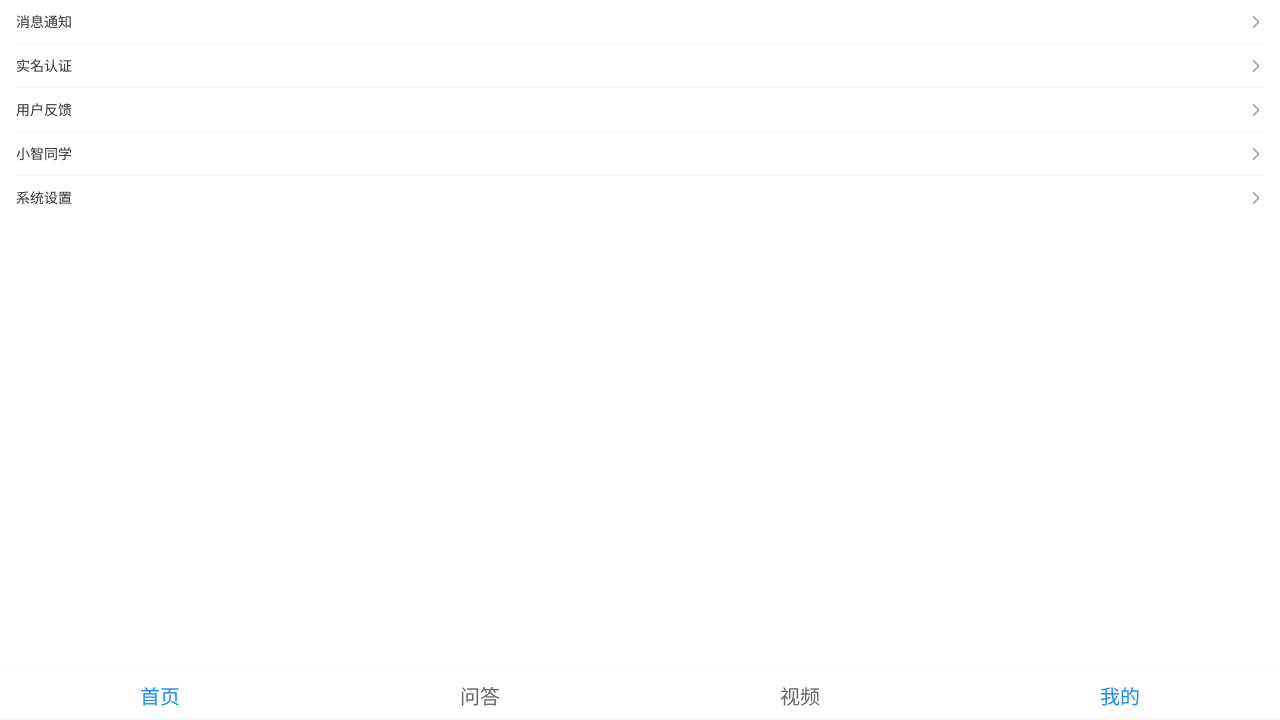
Repository: Tsukiau/toutiao-m
Page: /#/my
These files come from the project's save history. The page is drawn as it stood at one moment and after the next save; the edit follows.
The browser window is 1280 px wide. The pictures show the whole page.
The project was rebuilt for these pictures with package versions that can differ from the ones it lists, and the page was loaded fresh each time. Also part of the build but not shown: vue.config.js.

Above is the page before, as saved 2022-10-14 19:00:27.

After the next save:
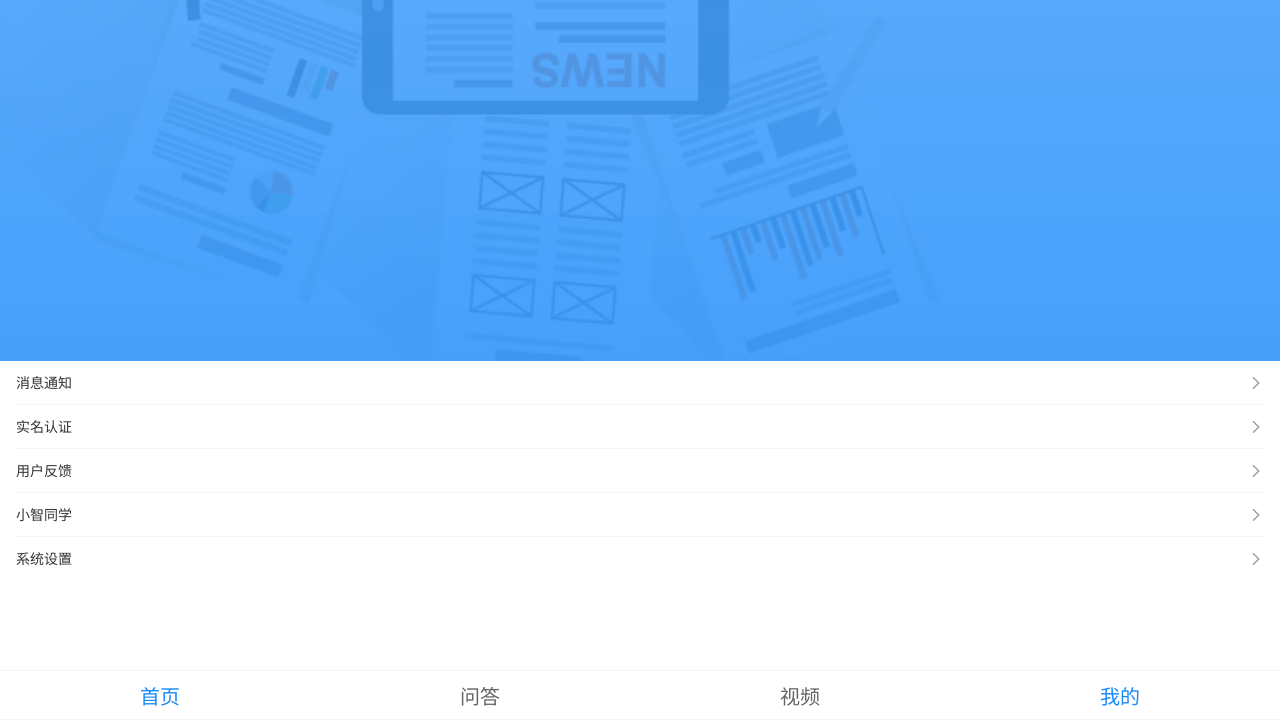
Saved 7 s later.
--- a/src/views/my/index.vue
+++ b/src/views/my/index.vue
@@ -34,5 +34,18 @@
 </script>
 
 <style scoped lang="less">
-
+.my-container {
+  > .header {
+    height: 361px;
+    background: url("~@/assets/banner.png") no-repeat;
+    background-size: cover;
+    display: flex;
+    justify-content: center;
+    align-items: center;
+    .mobile-img {
+      width: 132px;
+      height: 132px;
+    }
+  }
+}
 </style>

After the save that followed:
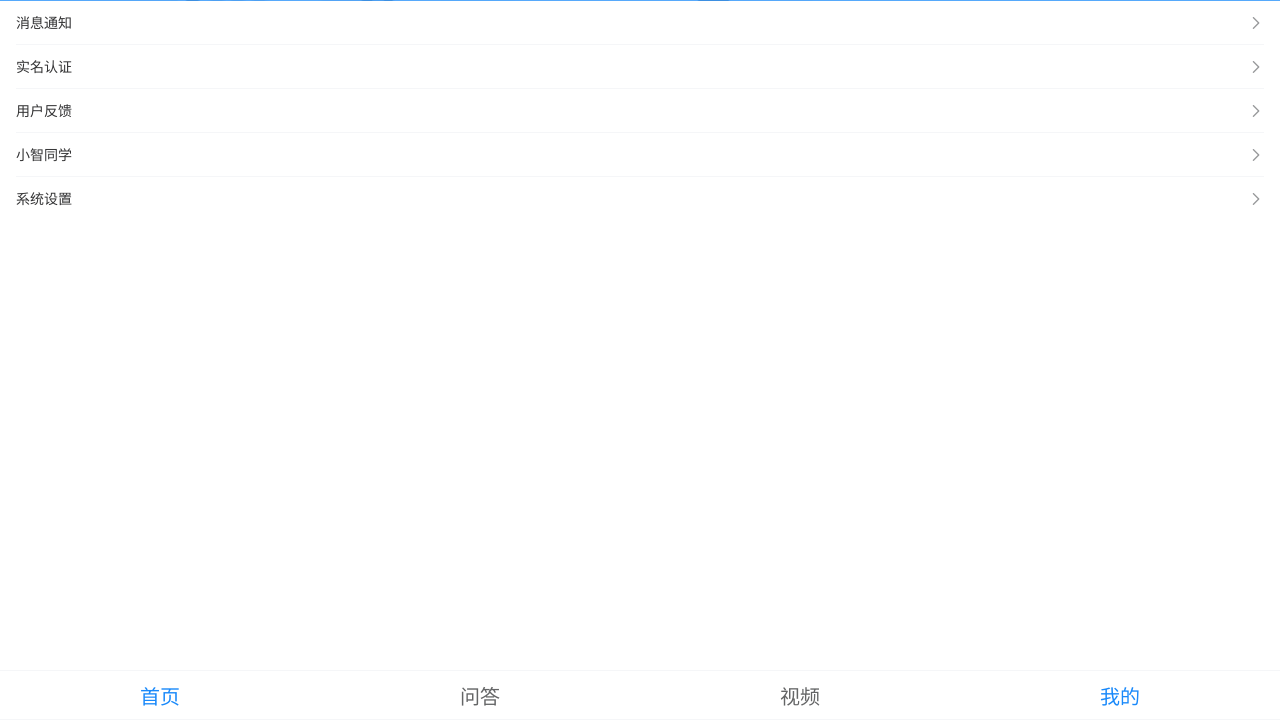
Saved 56 s later.
--- a/src/views/my/index.vue
+++ b/src/views/my/index.vue
@@ -36,7 +36,7 @@
 <style scoped lang="less">
 .my-container {
   > .header {
-    height: 361px;
+    height: 1px;
     background: url("~@/assets/banner.png") no-repeat;
     background-size: cover;
     display: flex;
